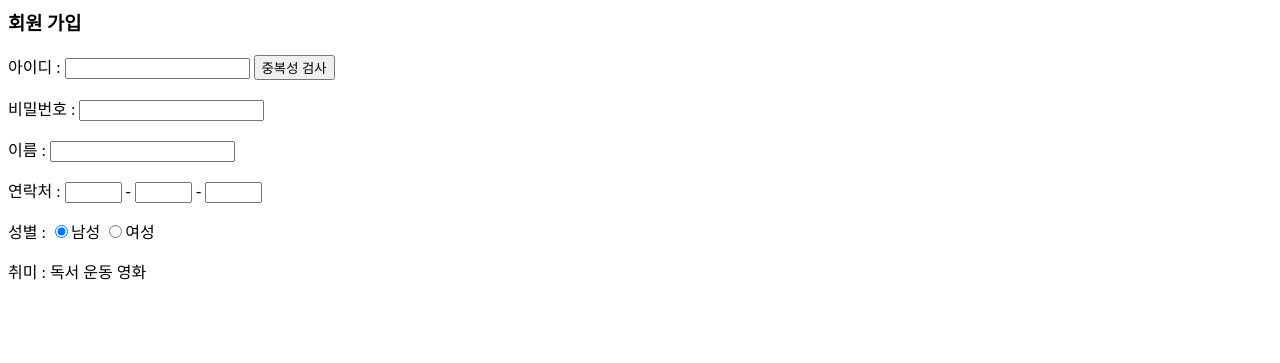
Repository: peanutBana/jsp_project
Page: http://localhost/JSPBook/ch06/form03.jsp
An editor plug-in stored every save of this project. The page is shown before and after the next save, followed by the edit.
The browser window is 1280 px wide. The pictures show the whole page.
The page is served by Tomcat 9.

Above is the page before, as saved 2022-10-05 00:53:53.

After the next save:
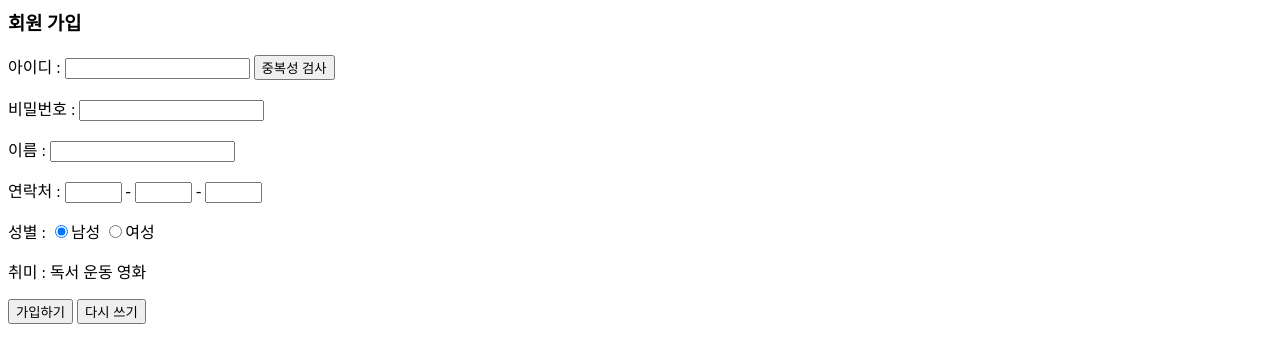
Saved 51 s later.
--- a/JSPBook/src/main/webapp/ch06/form03.jsp
+++ b/JSPBook/src/main/webapp/ch06/form03.jsp
@@ -17,7 +17,8 @@
 		<p>취미 : 독서<ipnut type="checkbox" name="hobby1" checked>
 				 운동<ipnut type="checkbox" name="hobby2">
 				 영화<ipnut type="checkbox" name="hobby3">
-
+		<p> <input type="submit" value="가입하기">
+			<input type="reset" value="다시 쓰기"
 	</form>
 
 </body>
